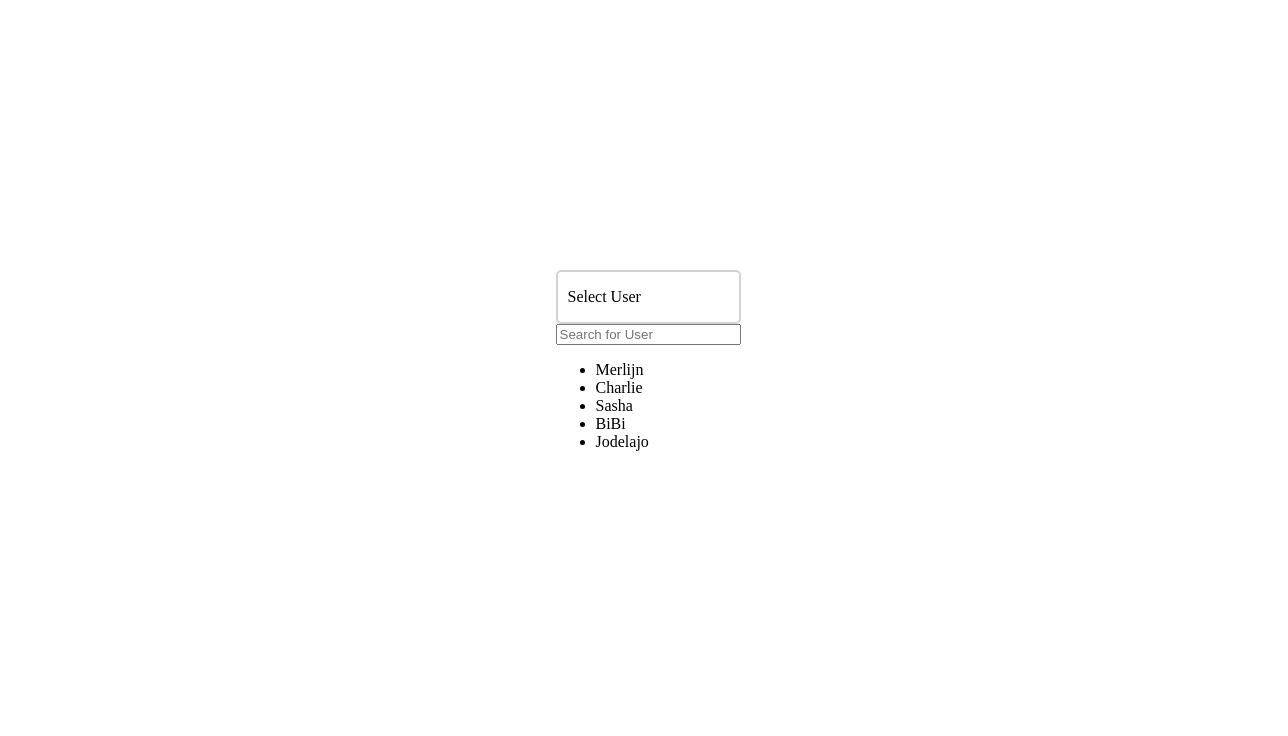
Repository: jodelajo/nuxt-filter-tutorial
Page: /
The author's editor kept a copy of each file at every save. The page is drawn from the files as they stood at one save, then again after the next save.
The browser window is 1280 px wide. The page is 1288 px wide, so the pictures cover 1288 px, including what lies to the right of the window. The pictures show the whole page.
The project was rebuilt for these pictures with package versions that can differ from the ones it lists, and the page was loaded fresh each time. The framework's server and built-in components were replaced by stand-ins that run in the browser. Also part of the build but not shown: nuxt.config.js, components/NuxtLogo.vue, components/Tutorial.vue.

Above is the page before, as saved 2021-12-11 12:19:29.

After the next save:
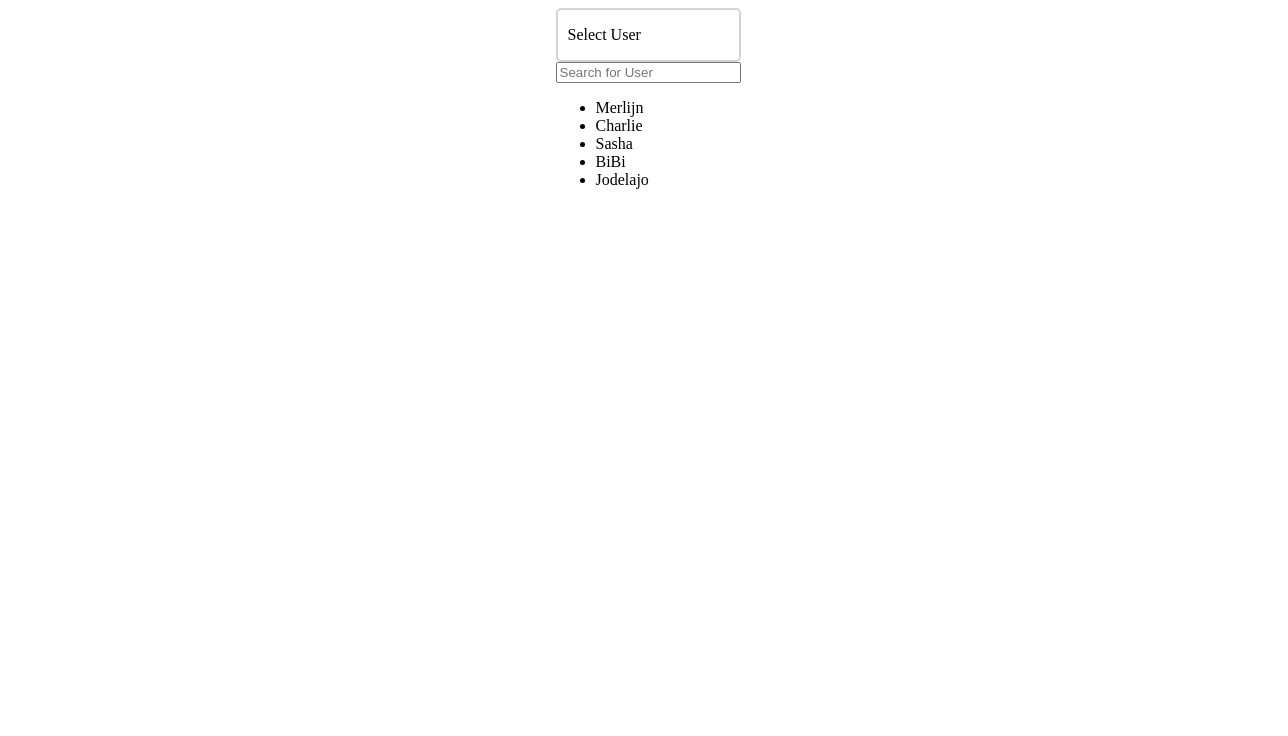
Saved 7 s later.
--- a/pages/index.vue
+++ b/pages/index.vue
@@ -32,7 +32,7 @@
   height: 100vh;
    display: flex;
   flex-direction: column;
-  justify-content: center;
+  /* justify-content: center; */
   align-items: center;
 }
 .dropdown-wrapper {
